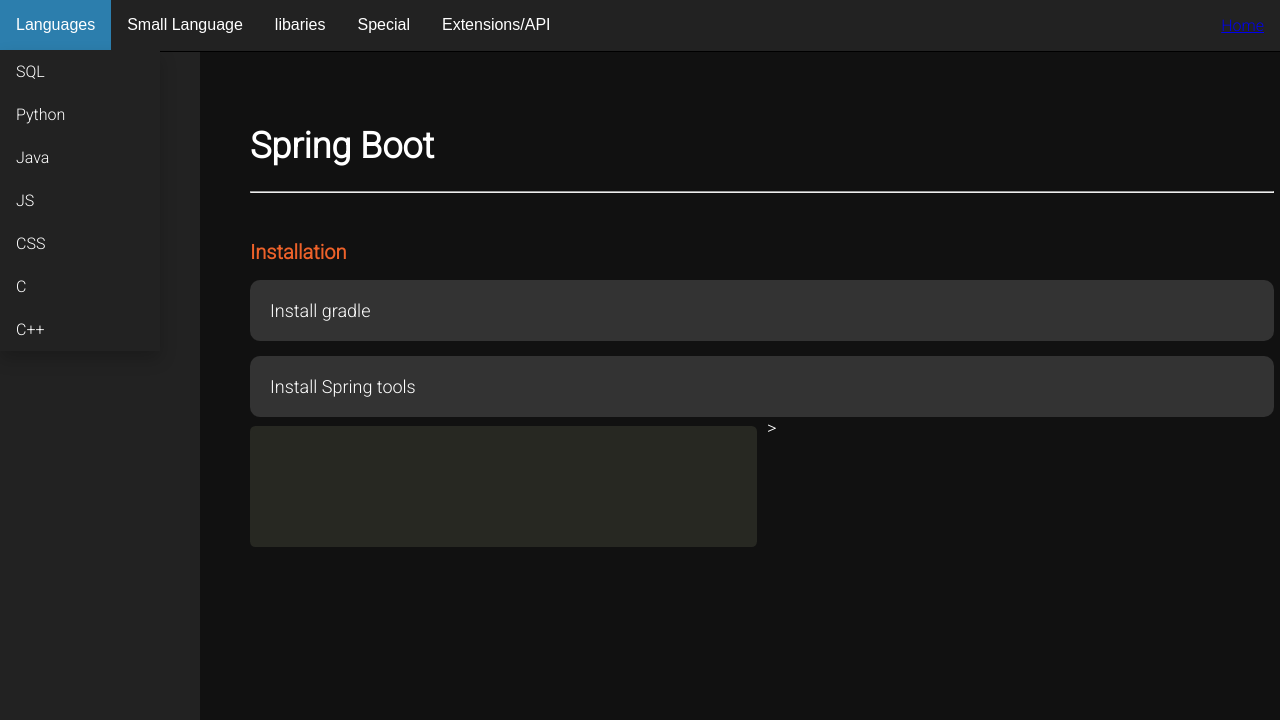
Repository: Max-Rohrhirsch/Max-Rohrhirsch.github.io
Page: documentation/languages/java/spring.html
These files come from the project's save history. The page is drawn as it stood at one moment and after the next save; the edit follows.
The browser window is 1280 px wide. The pictures show the whole page.

Above is the page before, as saved 2023-10-15 11:45:03.

### documentation/languages/java/spring.html
<script src="/jquery.js"></script>
<div id="includeHeader"></div>


        <!-- ------ SIDE NAVIGATION BAR ----- -->
        <div class="sidenav">
            <a href="/documentation/languages/java/java.html">Basics</a>
            <a href="/documentation/languages/java/swing.html">Swing</a>
            <a href="/documentation/languages/java/spring.html">Spring</a>
        </div>

        <!-- ------ MAIN CONTENT ----- -->
        <div class="main">
            <h1>Spring Boot</h1>
            <hr><br>

            <h2>Installation</h2>
            <out>Install gradle</out>
            <out>Install Spring tools</out>
            <div class="wrapper">
<pre>
    <code class="language-java">

    </code>
</pre>>
            </div>
        </div>





<div id="includeFooter"></div>

### header.html
<html>
    <head>
        <title>Documentation</title>

        <meta name="viewport" content="width=device-width, initial-scale=1">
        <meta name="description" lang="en" content="Documentation of many things I learned">
        <meta name="keywords" content="HTML, CSS, JavaScript, Coding, max">
        <meta name="author" content="Rohrhirsch Max">

        <link rel="preconnect" href="https://fonts.googleapis.com">
        <link rel="preconnect" href="https://fonts.gstatic.com" crossorigin>
        <link href="https://fonts.googleapis.com/css2?family=Roboto:wght@300&display=swap" rel="stylesheet">
        <link rel="stylesheet" href="https://cdnjs.cloudflare.com/ajax/libs/font-awesome/4.7.0/css/font-awesome.min.css">

        <link rel="icon" type="image/x-icon" href="/Bilder/favicon.ico">

        <link href="/documentation/prism.css" rel="stylesheet" />

        <link rel="stylesheet" href="/documentation/docStyle.css">
        <link rel="icon" type="image/x-icon" href="/Bilder/favicon.ico">
    </head>
    <body>
        <!-- ------ TOP NAVIGATION BAR ----- -->
        <nav class="nav1">
            <div class="dropdown" style="float:left;">
                <button class="dropbtn">Languages</button>
                <div class="dropdown-content" style="left:0;">
                    <a href="/documentation/languages/sql/sql.html">SQL</a>
                    <a href="/documentation/languages/python/python.html">Python</a>
                    <a href="/documentation/languages/java/java.html">Java</a>
                    <a href="/documentation/languages/js.html">JS</a>
                    <a href="/documentation/languages/css.html">CSS</a>
                    <a href="/documentation/languages/c.html">C</a>
                    <a href="/documentation/languages/cpp.html">C++</a>
                </div>
            </div>
            <div class="dropdown" style="float:left;">
                <button class="dropbtn">Small Language</button>
                <div class="dropdown-content" style="left:0;">
                    <a href="/documentation/small/bash.html">Bash</a>
                    <a href="/documentation/small/rust.html">Rust</a>
                    <a href="/documentation/small/go.html">GO</a>
                    <a href="/documentation/small/csharp.html">C#</a>
                    <a href="/documentation/small/brainfuck.html">BrainFuck</a>
                </div>
            </div>
            <div class="dropdown" style="float:left;">
                <button class="dropbtn">libaries</button>
                <div class="dropdown-content" style="left:0;">
                    <a href="/documentation/libaries/socket.html">Socket</a>
                    <a href="/documentation/libaries/tenserflow.html">Tenserflow</a>
                    <a href="/documentation/libaries/regex.html">Regex</a>
                </div>
            </div>
            <div class="dropdown" style="float:left;">
                <button class="dropbtn">Special</button>
                <div class="dropdown-content" style="left:0;">
                    <a href="/documentation/special/computer.html">Computer</a>
                    <a href="/documentation/special/linux.html">Linux</a>
                    <a href="/documentation/special/arduino.html">Arduino</a>
                    <a href="/documentation/special/game.html">Game Maker</a>
                    <a href="/documentation/special/unity.html">Unity</a>
                    <a href="/documentation/special/OS/OS.html">OS</a>
                    <a href="/documentation/special/hacking.html">Hacking</a>
                </div>
            </div>
            <div class="dropdown" style="float:left;">
                <button class="dropbtn">Extensions/API</button>
                <div class="dropdown-content" style="left:0;">
                    <a href="/documentation/extension/chrome.html">Chrome Extension</a>
                    <a href="/documentation/extension/discord.html">Discord Bot</a>
                    <a href="/documentation/extension/computercraft.html">Computercraft</a>
                    <a href="/documentation/extension/LaTeX.html">LaTeX</a>
                </div>
            </div>
            <div class="dropdown dropbtn" style="float:right;">
                <a href="https://max-rohrhirsch.github.io/documentation/documentation.html">Home</a>
            </div>
        </nav>

        <!-- ------ SIDE NAVIGATION BAR ----- -->

### footer.html

<a class="pre">Previous</a>
<a class="next">Next</a>
</div>

<div id="modal01" class="modal" onclick="this.style.display='none'">
<span class="close">X</span>
<div class="modal-content">
  <img id="img01" style="max-width:100%">
</div>
</div>


<!-- ------ SCRIPT FOR DROPDOWN ----- -->
<script>
var dropdown = document.getElementsByClassName("dropdown-btn");
var i;

for (i = 0; i < dropdown.length; i++) {
  dropdown[i].addEventListener("click", function() {
    this.classList.toggle("active");
    var dropdownContent = this.nextElementSibling;
    if (dropdownContent.style.display === "block") {
      dropdownContent.style.display = "none";
    } else {
      dropdownContent.style.display = "block";
    }
  });
}
</script>
<script src="/documentation/prism.js"></script>
<script>
function onClick(element) {
    document.getElementById("img01").src = element.src;
    document.getElementById("modal01").style.display = "block";
}
</script>
</body>
</html>

### documentation/prism.css
/* PrismJS 1.29.0
https://prismjs.com/download.html#themes=prism-okaidia&languages=markup+css+clike+javascript+arduino+armasm+bash+brainfuck+c+cpp+cilkc+cilkcpp+go+java+latex+lua+python+rust+sql&plugins=line-numbers+show-language+toolbar+copy-to-clipboard+download-button */
code[class*=language-],pre[class*=language-]{color:#f8f8f2;background:0 0;text-shadow:0 1px rgba(0,0,0,.3);font-family:Consolas,Monaco,'Andale Mono','Ubuntu Mono',monospace;font-size:1em;text-align:left;white-space:pre;word-spacing:normal;word-break:normal;word-wrap:normal;line-height:1.5;-moz-tab-size:4;-o-tab-size:4;tab-size:4;-webkit-hyphens:none;-moz-hyphens:none;-ms-hyphens:none;hyphens:none}pre[class*=language-]{padding:1em;margin:.5em 0;overflow:auto;border-radius:.3em}:not(pre)>code[class*=language-],pre[class*=language-]{background:#272822}:not(pre)>code[class*=language-]{padding:.1em;border-radius:.3em;white-space:normal}.token.cdata,.token.comment,.token.doctype,.token.prolog{color:#8292a2}.token.punctuation{color:#f8f8f2}.token.namespace{opacity:.7}.token.constant,.token.deleted,.token.property,.token.symbol,.token.tag{color:#f92672}.token.boolean,.token.number{color:#ae81ff}.token.attr-name,.token.builtin,.token.char,.token.inserted,.token.selector,.token.string{color:#a6e22e}.language-css .token.string,.style .token.string,.token.entity,.token.operator,.token.url,.token.variable{color:#f8f8f2}.token.atrule,.token.attr-value,.token.class-name,.token.function{color:#e6db74}.token.keyword{color:#66d9ef}.token.important,.token.regex{color:#fd971f}.token.bold,.token.important{font-weight:700}.token.italic{font-style:italic}.token.entity{cursor:help}
pre[class*=language-].line-numbers{position:relative;padding-left:3.8em;counter-reset:linenumber}pre[class*=language-].line-numbers>code{position:relative;white-space:inherit}.line-numbers .line-numbers-rows{position:absolute;pointer-events:none;top:0;font-size:100%;left:-3.8em;width:3em;letter-spacing:-1px;border-right:1px solid #999;-webkit-user-select:none;-moz-user-select:none;-ms-user-select:none;user-select:none}.line-numbers-rows>span{display:block;counter-increment:linenumber}.line-numbers-rows>span:before{content:counter(linenumber);color:#999;display:block;padding-right:.8em;text-align:right}
div.code-toolbar{position:relative}div.code-toolbar>.toolbar{position:absolute;z-index:10;top:.3em;right:.2em;transition:opacity .3s ease-in-out;opacity:0}div.code-toolbar:hover>.toolbar{opacity:1}div.code-toolbar:focus-within>.toolbar{opacity:1}div.code-toolbar>.toolbar>.toolbar-item{display:inline-block}div.code-toolbar>.toolbar>.toolbar-item>a{cursor:pointer}div.code-toolbar>.toolbar>.toolbar-item>button{background:0 0;border:0;color:inherit;font:inherit;line-height:normal;overflow:visible;padding:0;-webkit-user-select:none;-moz-user-select:none;-ms-user-select:none}div.code-toolbar>.toolbar>.toolbar-item>a,div.code-toolbar>.toolbar>.toolbar-item>button,div.code-toolbar>.toolbar>.toolbar-item>span{color:#bbb;font-size:.8em;padding:0 .5em;background:#f5f2f0;background:rgba(224,224,224,.2);box-shadow:0 2px 0 0 rgba(0,0,0,.2);border-radius:.5em}div.code-toolbar>.toolbar>.toolbar-item>a:focus,div.code-toolbar>.toolbar>.toolbar-item>a:hover,div.code-toolbar>.toolbar>.toolbar-item>button:focus,div.code-toolbar>.toolbar>.toolbar-item>button:hover,div.code-toolbar>.toolbar>.toolbar-item>span:focus,div.code-toolbar>.toolbar>.toolbar-item>span:hover{color:inherit;text-decoration:none}

### documentation/docStyle.css
:root {
    --main-special-color: #ee622a;
    --main-bg-color: #111;
    transition: 3s;
    scroll-behavior: smooth;
}

body {
    background-color: var(--main-bg-color);
    color: white;
    font-family: 'Roboto', sans-serif;
    margin: 0;
    min-height: max-content;
}


/* ----------------------------- MAIN STUFF --------------------------------------- */
red { color: red }
orange { color: orange }
green { color: green }

.nav1 {
    position: fixed;
    background-color: #222;
    border-bottom: 1px solid black;
    width: 100%;

    z-index: 2;
}

/* ---- DROPDOWN ---- */

.dropbtn {
    background-color: #222;
    color: white;

    padding: 16px;
    font-size: 16px;
    border: none;
    cursor: pointer;
  }

  .dropdown {
    position: relative;
    display: inline-block;
  }

  .dropdown-content {
    display: none;
    position: absolute;
    right: 0;

    background-color: #222;
    min-width: 160px;
    box-shadow: 0px 8px 16px 0px rgba(0,0,0,0.2);
  }

  .dropdown-content a {
    color: White;
    padding: 12px 16px;
    text-decoration: none;
    display: block;
  }

  .dropdown-content a:hover { background-color: #333 }
  .dropdown:hover .dropdown-content { display: block }
  .dropdown:hover .dropbtn { background-color: #2c7ead }


/* ------------ Site Navigation ----------- */

.sidenav {
    height: 100%;
    width: 200px;

    position: fixed;
    top: 51px;
    left: 0;

    background-color: #222;
    overflow-x: hidden;
    z-index: 1;
  }

  .sidenav a, .dropdown-btn {
    padding: 6px 8px 6px 16px;

    text-decoration: none;
    font-size: 20px;
    color: white;

    display: block;
    border: none;
    background: none;

    width: 100%;
    text-align: left;
    cursor: pointer;
    outline: none;
  }

  .sidenav a:hover, .dropdown-btn:hover { background-color: #2c7ead }

  .active {
    background-color: green;
    color: white;
  }

  .dropdown-container {
    display: none;
    background-color: #333;
  }

  .fa-caret-down {
    float: right;
    padding-right: 8px;
  }

  @media screen and (max-height: 450px) {
    .sidenav { padding-top: 15px }
    .sidenav a { font-size: 18px }
  }


/* ------------ Main ----------- */
.main {
    display: block;
    position:absolute;
    top: 51px;
    left: 200px;

    padding: 50px;
    font-size: 18px;

    min-height: 100%;
    width: 80vw;
}

.main h2 {
    font-size: 20px;
    color: #ee622a;
}

.main a {
    color: rgb(44, 172, 65);
    margin-bottom: 20px;
    display: block;
}

img {
    display: block;
    margin-top: 20px;
}
img:hover {
    cursor: pointer;
}



/* ------------ CODE ----------- */

out {
    display: block;
    width: calc(100% - 40px);
    background-color: #333;

    padding: 20px;
    margin-top: 15px;
    border-radius: 10px;
}

.wrapper {
    display: grid;
    font-size: 18px;
    grid-template-columns: repeat(3, 1fr);
    gap: 10px;
}

.wrapper pre {
    height: calc(100% - 50px);
}

.half {
    display: grid;
    grid-template-columns: repeat(2, 1fr);
    gap: 10px;
}
.half pre {
    height: calc(100% - 50px);
}

/* ------------ Table ----------- */

table {
    width: calc(100% );
    border: 1px solid #777;
    margin-top: 50px;
    border-collapse:collapse;
}

th {
    border: 1px solid #777;
    background-color: #333;
    padding: 10px;

}

td {
    border: 1px solid #777;
    padding: 5px;
    height: 40px;
}


/* ------------ Buttons ----------- */

.pre, .next {
    display: inline-block;
    margin-top: 10px;
}
.pre:hover, .next:hover { cursor: pointer }

.pre { float: left }
.next { float: right }





/* ------------ Image ----------- */
.modal {
    z-index:2;
    display:none;
    padding-top:10px;
    position:fixed;
    left:0;
    top:0;
    width:100%;
    height:100%;
    overflow:auto;
    background-color:rgb(0,0,0);
    background-color:rgba(0,0,0,0.8)
}

.modal-content {
    margin: auto;
    display: block;
    position: absolute;
    top: 50%;
    left: 50%;
    transform: translate(-50%, -50%);
}


.modal-hover-opacity {
    opacity:1;
    filter:alpha(opacity=100);
}

.modal-hover-opacity:hover {
    opacity:0.60;
    filter:alpha(opacity=60);
}


.close {
    text-decoration:none;

    position: fixed;
    right:20px;
    top: 20px;

    font-size:24px;
    font-weight:bold;
    color:white;
    cursor: pointer;
}

img {
    width: 500px;
    display: block;
}

.modal-content, #caption {
    -webkit-animation-name: zoom;
    -webkit-animation-duration: 0.6s;
    animation-name: zoom;
    animation-duration: 0.6s;
}

@keyframes zoom {
    from {transform:scale(0)}
    to {transform:scale(1)}
}

@media only screen and (max-width: 1300px) {
    .wrapper {
        grid-template-columns: repeat(2, 1fr);
    }
    .half {
        grid-template-columns: repeat(1, 1fr);
    }

}
@media only screen and (max-width: 1000px) {
    .wrapper {
        grid-template-columns: repeat(1, 1fr);
    }
}

Loaded but not shown: jquery.js (library); documentation/prism.js (library)

After the next save:
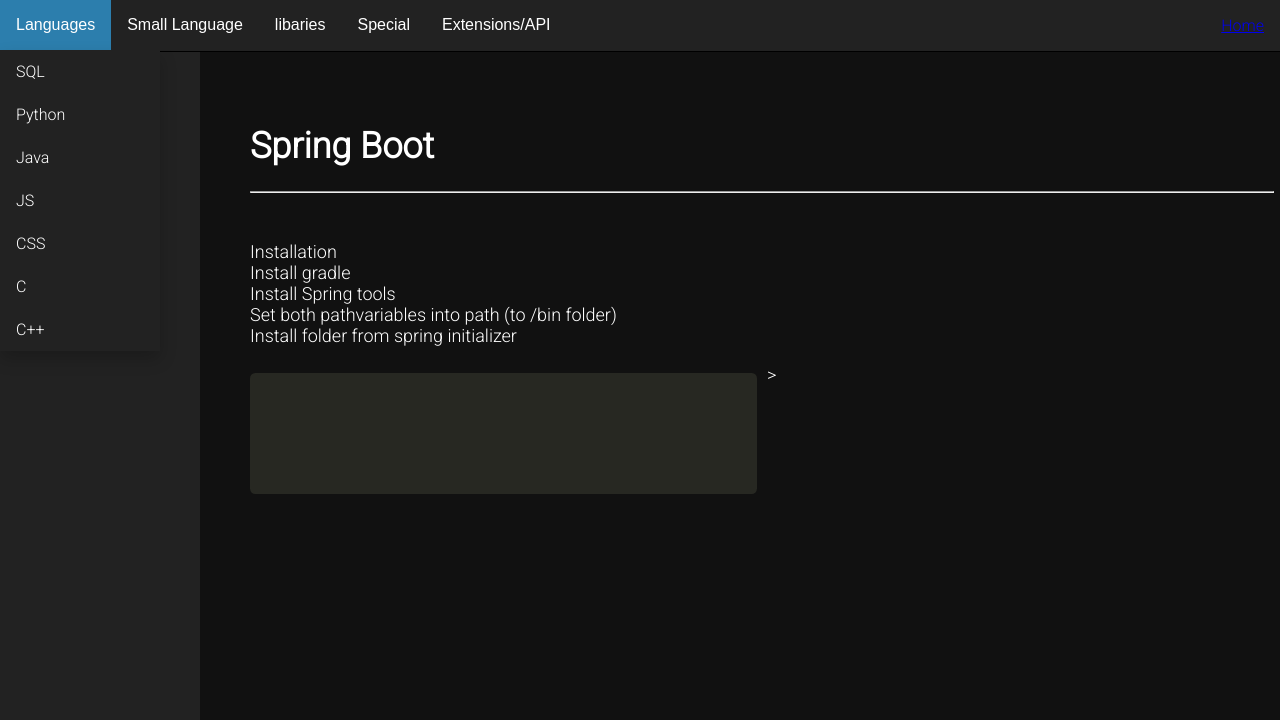
Saved 2 min 16 s later.
--- a/documentation/languages/java/spring.html
+++ b/documentation/languages/java/spring.html
@@ -14,9 +14,11 @@
             <h1>Spring Boot</h1>
             <hr><br>
 
-            <h2>Installation</h2>
-            <out>Install gradle</out>
-            <out>Install Spring tools</out>
+            <p> Installation</br>
+                Install gradle</br>
+                Install Spring tools</br>
+                Set both pathvariables into path (to /bin folder)</br>
+                Install folder from spring initializer</p>
             <div class="wrapper">
 <pre>
     <code class="language-java">
